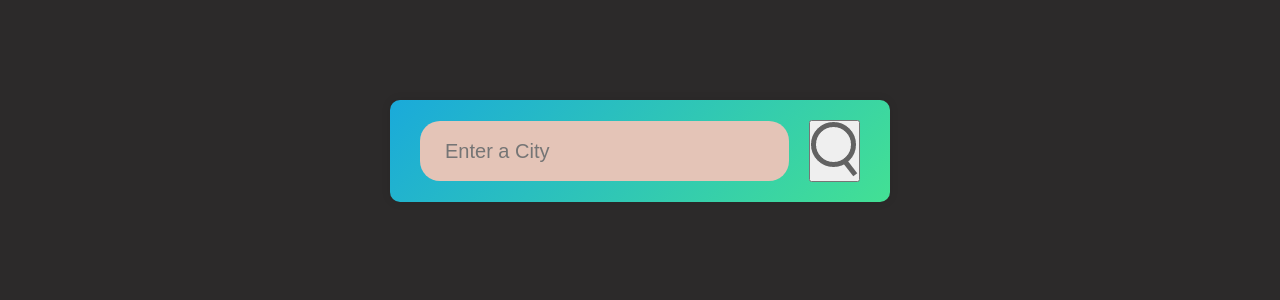
Repository: Haakim19/weatherApp
Page: index.html
These files come from the project's save history. The page is drawn as it stood at one moment and after the next save; the edit follows.
The browser window is 1280 px wide. The pictures show the whole page.

Above is the page before, as saved 2024-11-16 21:06:44.

After the next save:
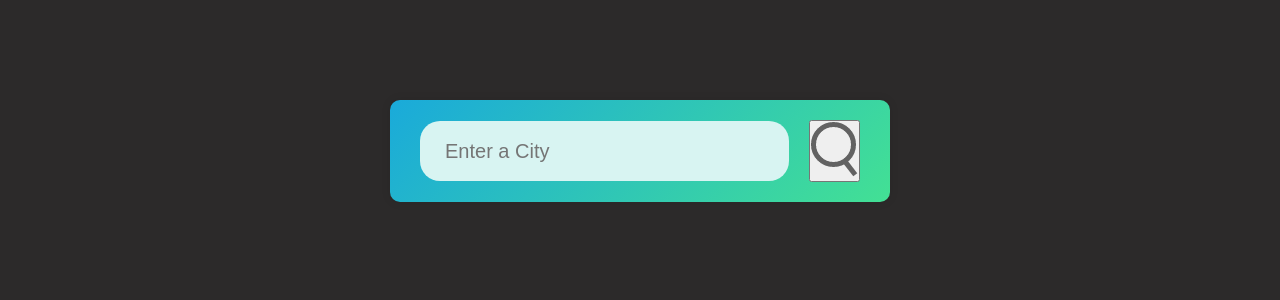
Saved 6 s later.
--- a/style.css
+++ b/style.css
@@ -28,7 +28,7 @@ body{
 .search input{
     border:0;
     outline:0;
-    background: #e4c4b7;
+    background: #d8f4f2;
     padding: 10px 25px;
     border-radius: 20px;
     flex: 1;
